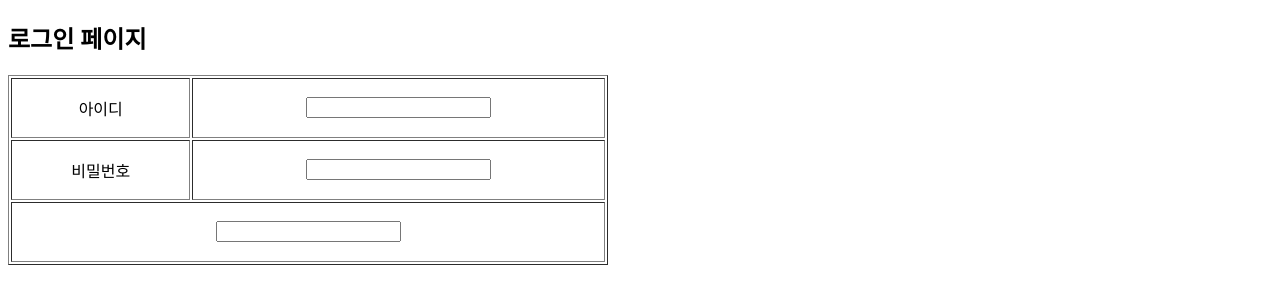
Repository: tldnwkd/jspclass2026
Page: http://localhost/chapter01/Request/RequestLogin.jsp
The author's editor kept a copy of each file at every save. The page is drawn from the files as they stood at one save, then again after the next save.
The browser window is 1280 px wide. The pictures show the whole page.
The page is served by Tomcat 9.

Above is the page before, as saved 2026-10-19 05:49:45.

### chapter01/src/main/webapp/Request/RequestLogin.jsp
<%@ page language="java" contentType="text/html; charset=UTF-8"
    pageEncoding="UTF-8" import="java.util.*"%>
<!DOCTYPE html>
<html>
<head>
<meta charset="UTF-8">
<title>Request 로그인</title>
</head>
<body>
	<div class="container">
		<h2>로그인 페이지</h2>
		<form action="RequestLoginProc.jsp" method="post">
			<table width="600" border="1">
				<tr height="60">
					<td align="center" width="150">아이디</td>
					<td align="center" width="350">
						<input type="text" name="id">
					</td>
				</tr>
				<tr height="60">
					<td align="center" width="150">비밀번호</td>
					<td align="center" width="350">
						<input type="password" name="pass">
					</td>
				</tr>
				<tr height="60">
					<td colspan="2" align="center" width="350">
						<input type="password" name="pass">
					</td>
				</tr>
			</table>
		</form>
	</div>
</body>
</html>

After the next save:
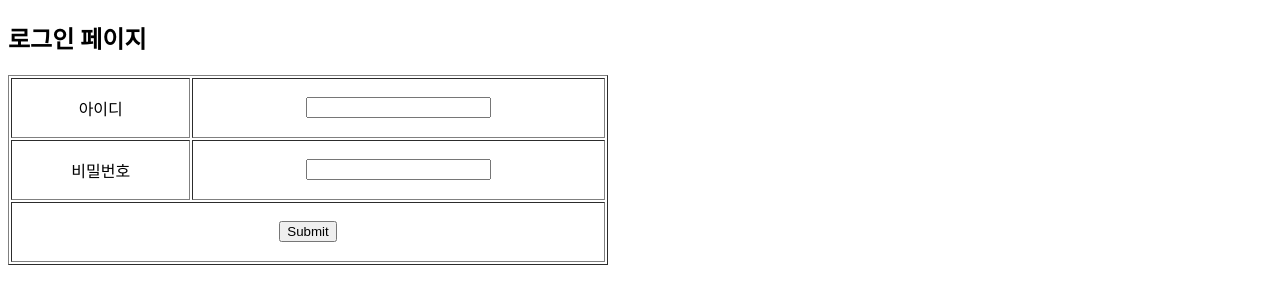
Saved 18 s later.
--- a/chapter01/src/main/webapp/Request/RequestLogin.jsp
+++ b/chapter01/src/main/webapp/Request/RequestLogin.jsp
@@ -25,7 +25,7 @@
 				</tr>
 				<tr height="60">
 					<td colspan="2" align="center" width="350">
-						<input type="password" name="pass">
+						<input type="submit" name="전송">
 					</td>
 				</tr>
 			</table>
